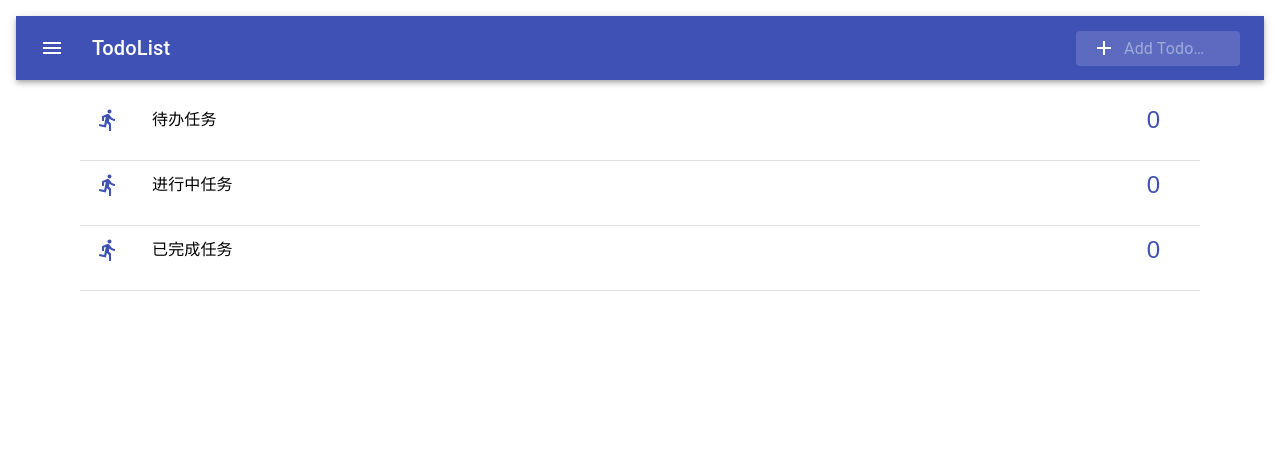
Repository: harperl71/TodoList
Page: /
An editor plug-in stored every save of this project. The page is shown before and after a run of saves, followed by the edit.
The browser window is 1280 px wide. The pictures show the whole page.
The project was rebuilt for these pictures with package versions that can differ from the ones it lists, and the page was loaded fresh each time. Also part of the build but not shown: src/components/content/task-item/index.tsx.

Above is the page before, as saved 2021-05-21 10:20:22.

After the next 2 saves:
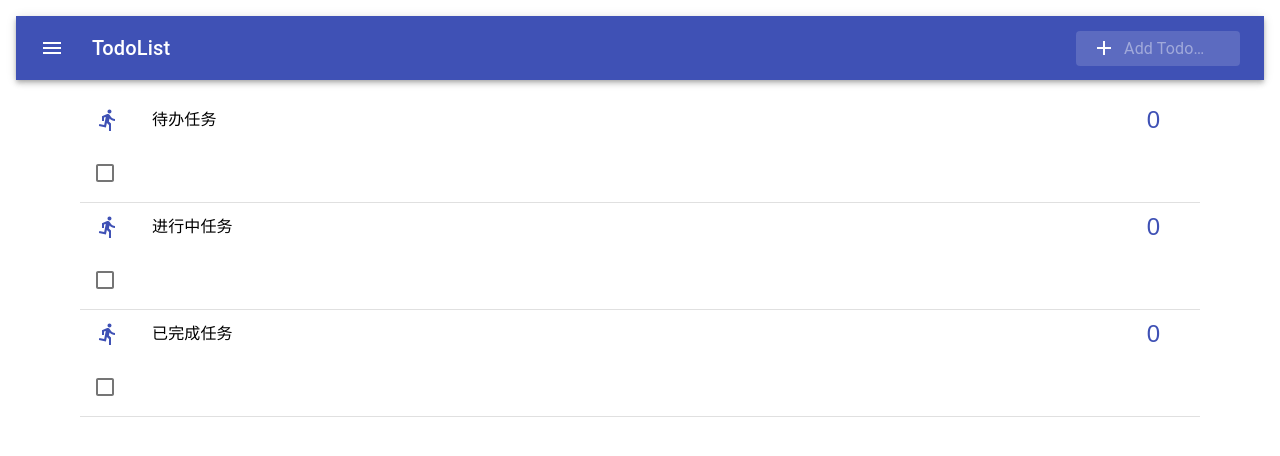
The 2 saves are shown as one change because 1 did not build or start.
The last was saved 43 s later.
--- a/src/components/content/task-list/index.tsx
+++ b/src/components/content/task-list/index.tsx
@@ -9,6 +9,7 @@ import {
   ListItemText,
   Divider,
   IconButton,
+  Checkbox,
 } from "@material-ui/core";
 import DirectionsRunIcon from "@material-ui/icons/DirectionsRun";
 
@@ -66,13 +67,19 @@ const TaskList = ({ title, status }: Iprops) => {
         </IconButton>
       </ListItem>
       <ListItem className={title}>
-        {todoList
+        {/* {todoList
           .filter((item) => {
             return item.status === status;
           })
           .map((item) => {
             return <TaskItem />;
-          })}
+          })} */}
+        <Checkbox
+          edge="start"
+          //checked={}
+          tabIndex={-1}
+          disableRipple
+        />
       </ListItem>
       <Divider />
     </List>
